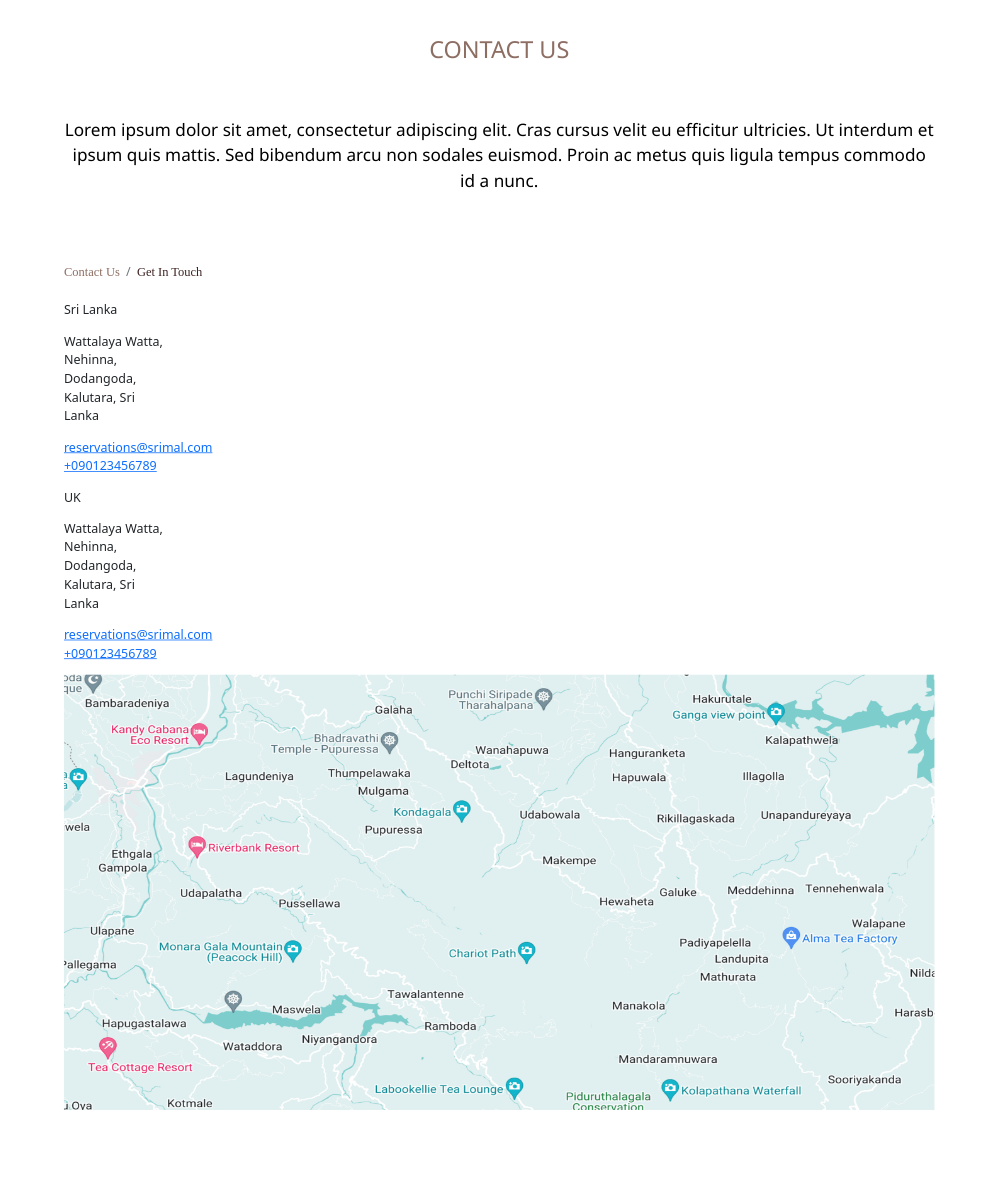
Repository: kaushalyaweerakoon/Plantation-Villa
Page: contact-us.html
An editor plug-in stored every save of this project. The page is shown before and after the next save, followed by the edit.
The browser window is 1280 px wide. The pictures show the whole page, at 78% of full size.
Some web fonts or font styles are not loaded; a fallback is used.

Above is the page before, as saved 2022-08-15 11:14:45.
Not found: assets/js/main.js

### contact-us.html
<!doctype html>
<html lang="en">

<head>
    <meta charset="utf-8">
    <meta name="viewport" content="width=device-width, initial-scale=1">

    <title>Plantation Villa| News Inner</title>

    <!-- Bootstrap css -->
    <link href="https://cdn.jsdelivr.net/npm/bootstrap@5.2.0-beta1/dist/css/bootstrap.min.css" rel="stylesheet"
        integrity="sha384-0evHe/X+R7YkIZDRvuzKMRqM+OrBnVFBL6DOitfPri4tjfHxaWutUpFmBp4vmVor" crossorigin="anonymous">

    <!-- fonts -->
    <link href="http://fonts.cdnfonts.com/css/segoe-ui-4" rel="stylesheet">
    <link rel="preconnect" href="https://fonts.googleapis.com">
    <link rel="preconnect" href="https://fonts.gstatic.com" crossorigin>

    <!-- swiperJS -->
    <link rel="stylesheet" href="https://unpkg.com/swiper@8/swiper-bundle.min.css" />

    <!-- custom css -->
    <link rel="stylesheet" href="asserts/css/main.css">

</head>


<!-- Section 2-->
<section class="container mt-md-4 mt-3 mb-5 pb-4">
    <p class="title pt-3">CONTACT US</p>

    <div class="text-center" id="">
        <p class="text">
            Lorem ipsum dolor sit amet, consectetur adipiscing elit. Cras cursus velit eu efficitur ultricies. Ut
            interdum et ipsum quis mattis. Sed bibendum arcu non sodales euismod. Proin ac metus quis ligula tempus
            commodo id a nunc.
        </p>
    </div>
</section>


<div class="container">

    <!-- Breadcrumb -->
    <nav aria-label="" class="mt-5 mb-4 ">
        <ol class="breadcrumb">
            <li class="breadcrumb-item"><a href="index.html" class="breadcrumb-text fs-13-px text-font-family">Contact
                    Us </a>
            <li class="breadcrumb-item"><a href="Integer Diam Gravida Fringilla.html" aria-current="page"
                    class="breadcrumb-text active fs-13-px text-font-family">Get In Touch</a>
            </li>
        </ol>
    </nav>

    <div class="col-md-4 col-xl-2 pe-xl-5 order-1">
        <div class="row gy-3 gx-4">
            <div class="col col-xl-12">
                <p class="">Sri Lanka</p>
                <p class="">Wattalaya Watta,
                    Nehinna, Dodangoda,
                    Kalutara, Sri Lanka</p>
                <ul class="list-unstyled">
                    <li><a class="" href="reservations@srimal.com">reservations@srimal.com</a>
                    </li>
                    <li><a class="" href="tel:++090123456789">+090123456789</a></li>
                </ul>
            </div>
        </div>
    </div>


    <div class="col-md-4 col-xl-2 pe-xl-5 order-1">
        <div class="row gy-3 gx-4">
            <div class="col col-xl-12">
                <p class="">UK</p>
                <p class="">Wattalaya Watta,
                    Nehinna, Dodangoda,
                    Kalutara, Sri Lanka</p>
                <ul class="list-unstyled">
                    <li><a class="" href="reservations@srimal.com">reservations@srimal.com</a>
                    </li>
                    <li><a class="" href="tel:++090123456789">+090123456789</a></li>
                </ul>
            </div>
        </div>
    </div>
</div>

<!--/ Breadcrumb -->



<!-- section-->
<section class="container mb-5 pb-5">

    <div class="ratio" style="--bs-aspect-ratio: 50%;">
        <img class="" src="asserts/images/snazzy-image@2x.png" alt="">
    </div>

    <div class="m-auto" style="max-width:723px;">
    </div>
</section>




<!-- bootstrap -->
<script src="https://cdn.jsdelivr.net/npm/bootstrap@5.2.0-beta1/dist/js/bootstrap.bundle.min.js"
    integrity="sha384-pprn3073KE6tl6bjs2QrFaJGz5/SUsLqktiwsUTF55Jfv3qYSDhgCecCxMW52nD2"
    crossorigin="anonymous"></script>

<!-- swiperJS -->
<script src="https://unpkg.com/swiper@8/swiper-bundle.min.js"></script>

<!-- custom script -->
<script src="assets/js/main.js"></script>


</body>

</html>

### asserts/css/main.css
/* Call the root */
:root {
  --Lora-font: 'Lora';
  --Segoe-font: 'Segoe UI';

  --font-size-14px: 18px;
  --font-size-20px: 20px;
  --font-size-22px: 22px;
  --font-size-25px: 25px;
  --font-size-30px: 30px;
  --font-size-35px: 35px;
  --font-size-40px: 40px;

  --font-color-8d6e63: #8d6e63;
  --font-color-3e2222: #3e2222;
  --bggreen: #7d824a;
  --co-white: #ffffff;
}

/* Create clases for fronts */
.Lora-ff {
  font-family: var(--Lora-font);
}

.Segoe-ff {
  font-family: var(--Segoe-font);
}

/* Create clases for front sizes*/
.fs-18-px {
  font-size: var(--font-size-18px)
}

.fs-20-px {
  font-size: var(--font-size-20px)
}

.fs-22-px {
  font-size: var(--font-size-22px)
}

.fs-25-px {
  font-size: var(--font-size-22px)
}

.fs-30-px {
  font-size: var(--font-size-30px)
}

.fs-35-px {
  font-size: var(--font-size-35px)
}

.fs-40-px {
  font-size: var(--font-size-40px)
}

/* Color */
.txt-purple {
  color: var(--font-color-8d6e63)
}

.txt-red {
  color: var(--font-color-3e2222)
}

/* news inner */

/* Breadcrumb */
.breadcrumb-text {
  font-family: var(--Lora-font);
  text-decoration: none;
  color: var(--font-color-8d6e63);
  font-weight: normal;
}

.breadcrumb-text.active {
  color: var(--font-color-3e2222);
  text-decoration: none;
  font-weight: normal;
}

.breadcrumb-text:hover {
  font-family: var(--Lora-font);
  font-size: var(--font-size-35px);
  color: var(--font-color-8d6e63);
  text-decoration: none;
}

/* -- */

.newsinner-date {
  color: var(--font-color-8d6e63);
  font-family: var(--Segoe-font);
  font-size: var(--font-size-20px);
}

.newsinner-head {
  color: var(--font-color-3e2222);
  font-family: var(--Lora-font);
  font-size: 45px;
  font-weight: normal;
}

.newsinner-text{
  font-size: var(--font-size-22px);
  font-family: var(--Segoe-font);
}

/* Heading */

.title {
  font-size: var(--font-size-30px);
  font-family: var(--Segoe-font);
  color: var(--font-color-8d6e63);
  text-align: center;
  margin-bottom: clamp(40px, 5vw, 71px);
}
.text{
  font-size: var(--font-size-22px);
  font-family: var(--Segoe-font);
  color: #000;
}

After the next save:
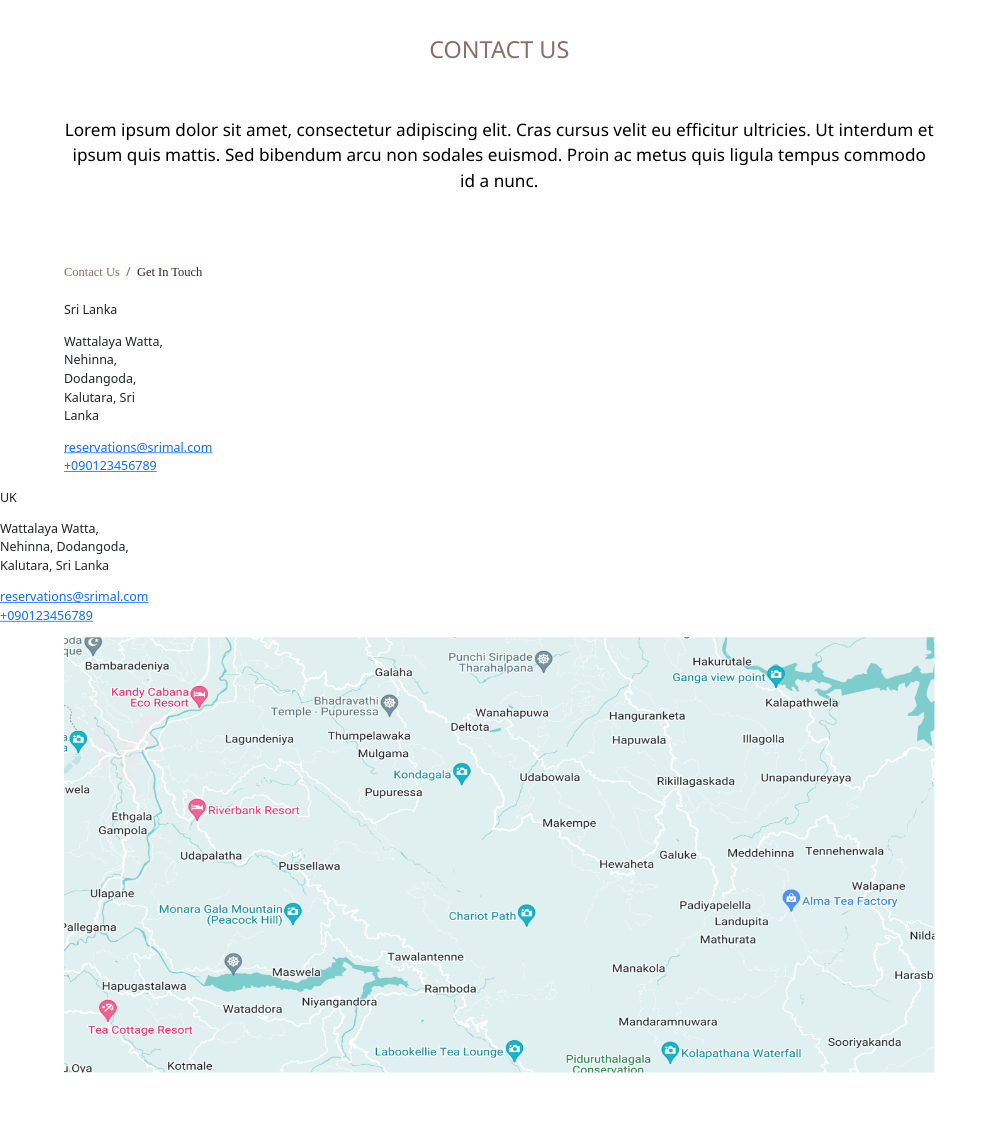
Saved 2 min 19 s later.
--- a/contact-us.html
+++ b/contact-us.html
@@ -53,7 +53,7 @@
     </nav>
 
     <div class="col-md-4 col-xl-2 pe-xl-5 order-1">
-        <div class="row gy-3 gx-4">
+
             <div class="col col-xl-12">
                 <p class="">Sri Lanka</p>
                 <p class="">Wattalaya Watta,

After the save that followed:
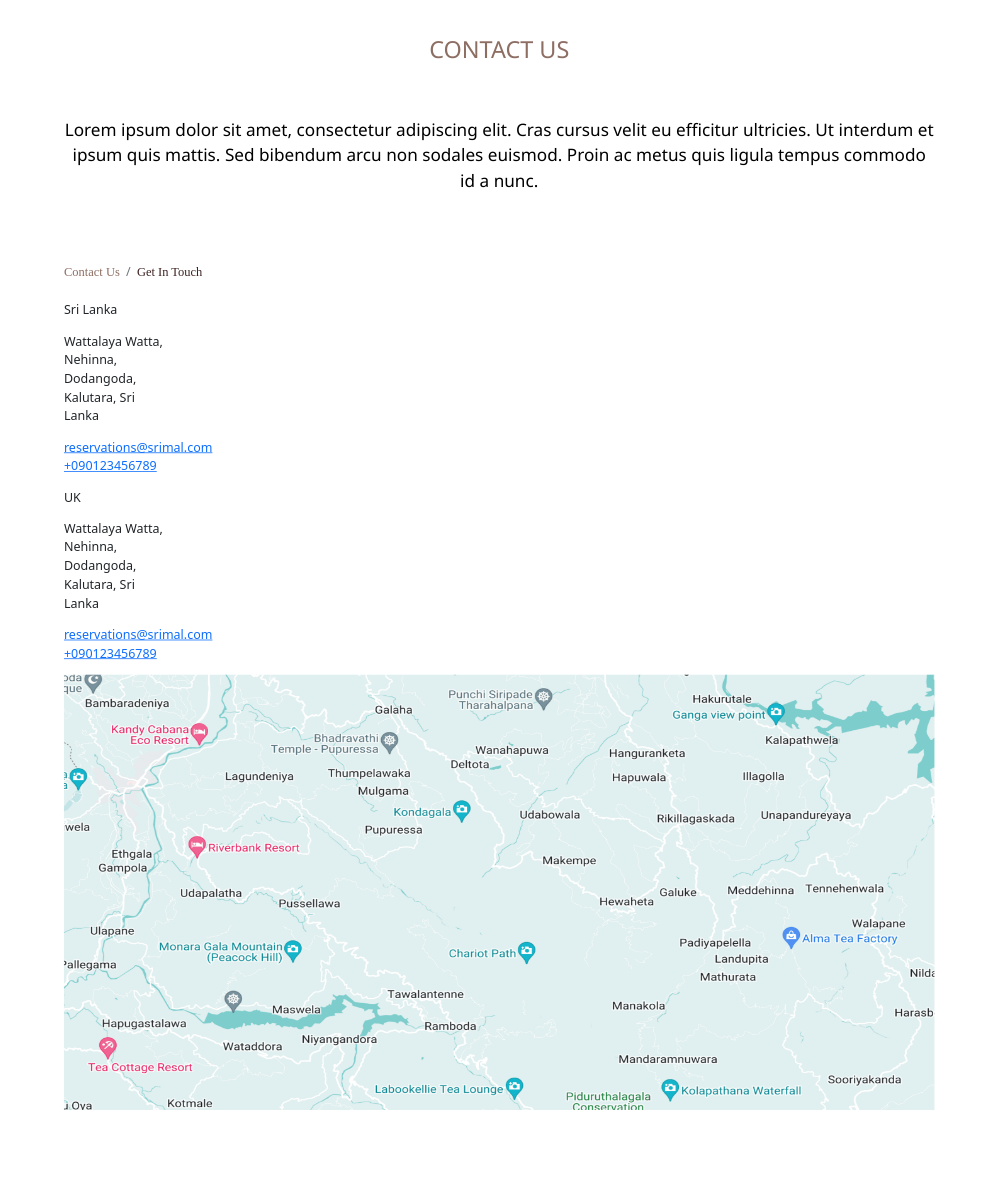
Saved 6 s later.
--- a/contact-us.html
+++ b/contact-us.html
@@ -65,7 +65,7 @@
                     <li><a class="" href="tel:++090123456789">+090123456789</a></li>
                 </ul>
             </div>
-        </div>
+
     </div>
 
 
